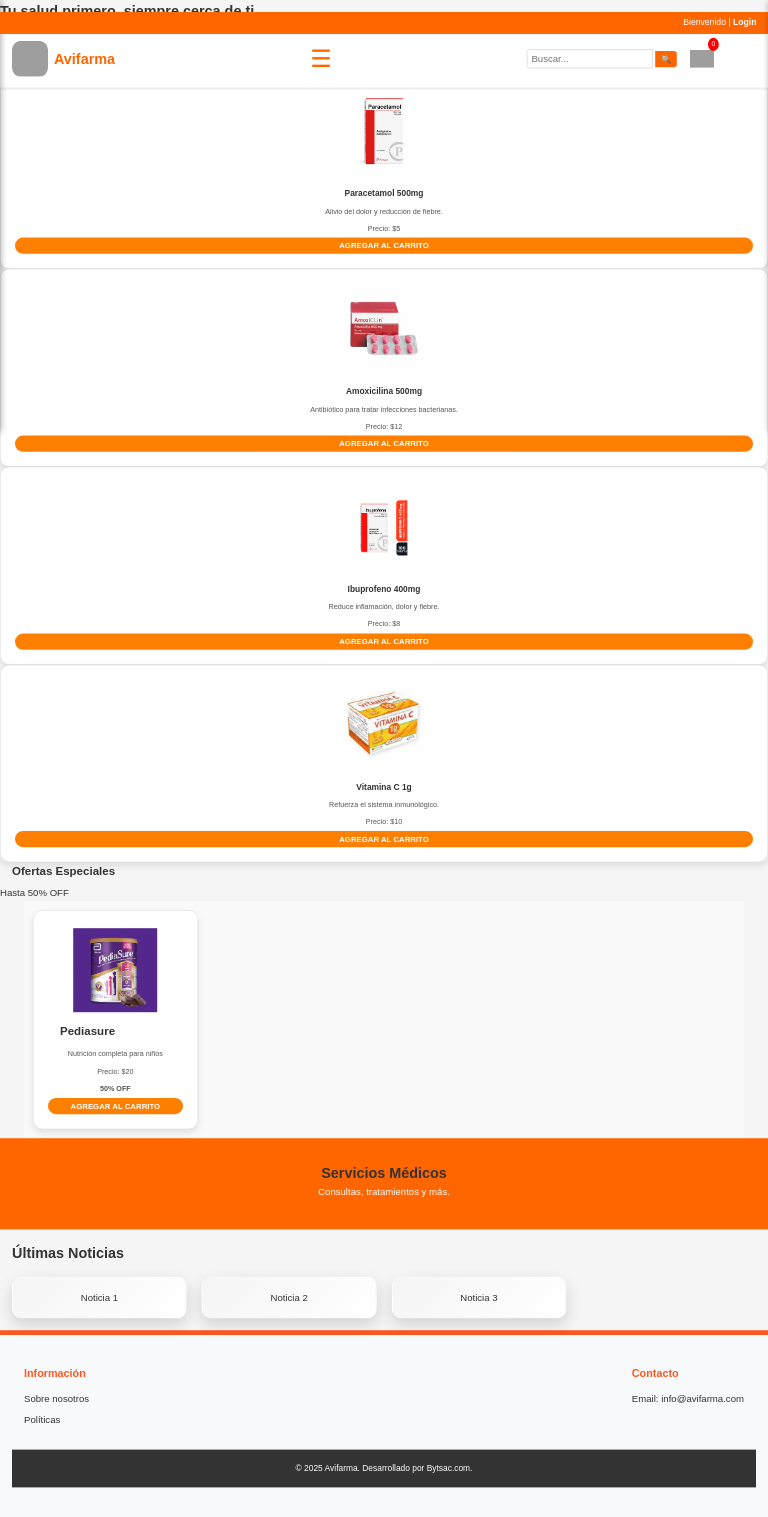
Repository: AVH75/avifarma-tienda
Page: index.html
The author's editor kept a copy of each file at every save. The page is drawn from the files as they stood at one save, then again after the next save.
The browser window is 1280 px wide. The pictures show the whole page, at 60% of full size.
Pictures or frames that could not be fetched are drawn as grey boxes.

Above is the page before, as saved 2025-09-02 21:26:52.

After the next save:
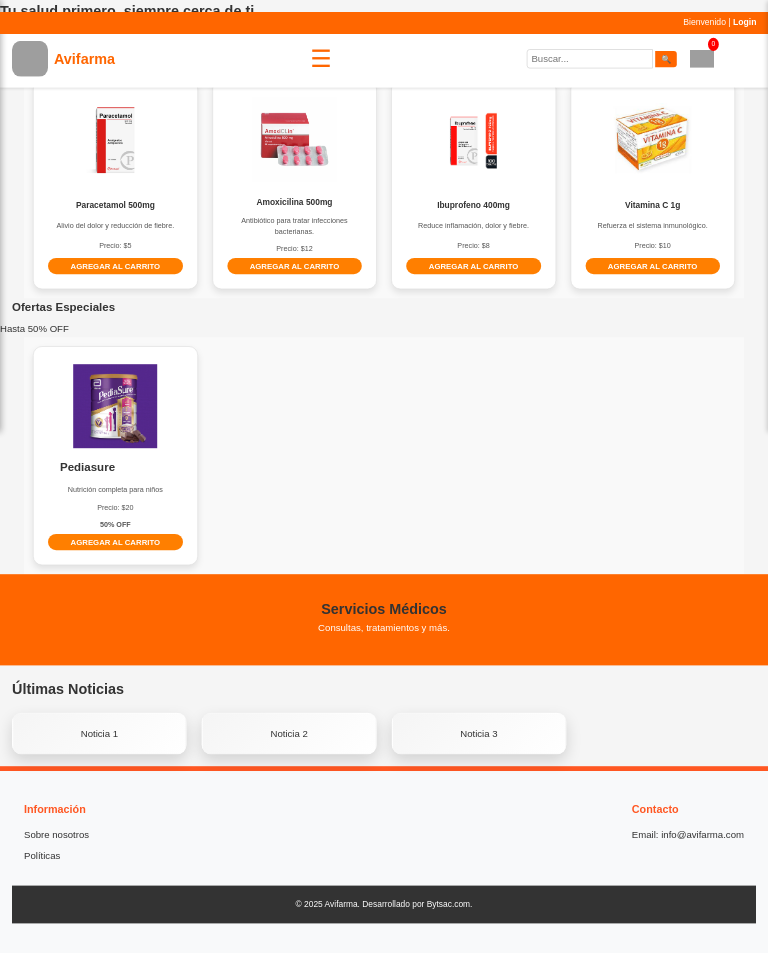
Saved 6 min 10 s later.
--- a/index.html
+++ b/index.html
@@ -55,7 +55,7 @@
         <!-- Productos Destacados -->
         <section class="productos">
             <h2>Productos Destacados</h2>
-            <div class="grid" id="productos-grid">
+            <div class="grid-productos" id="productos-grid">
                 <!-- Los productos se cargarán aquí dinámicamente -->
             </div>
         </section>
